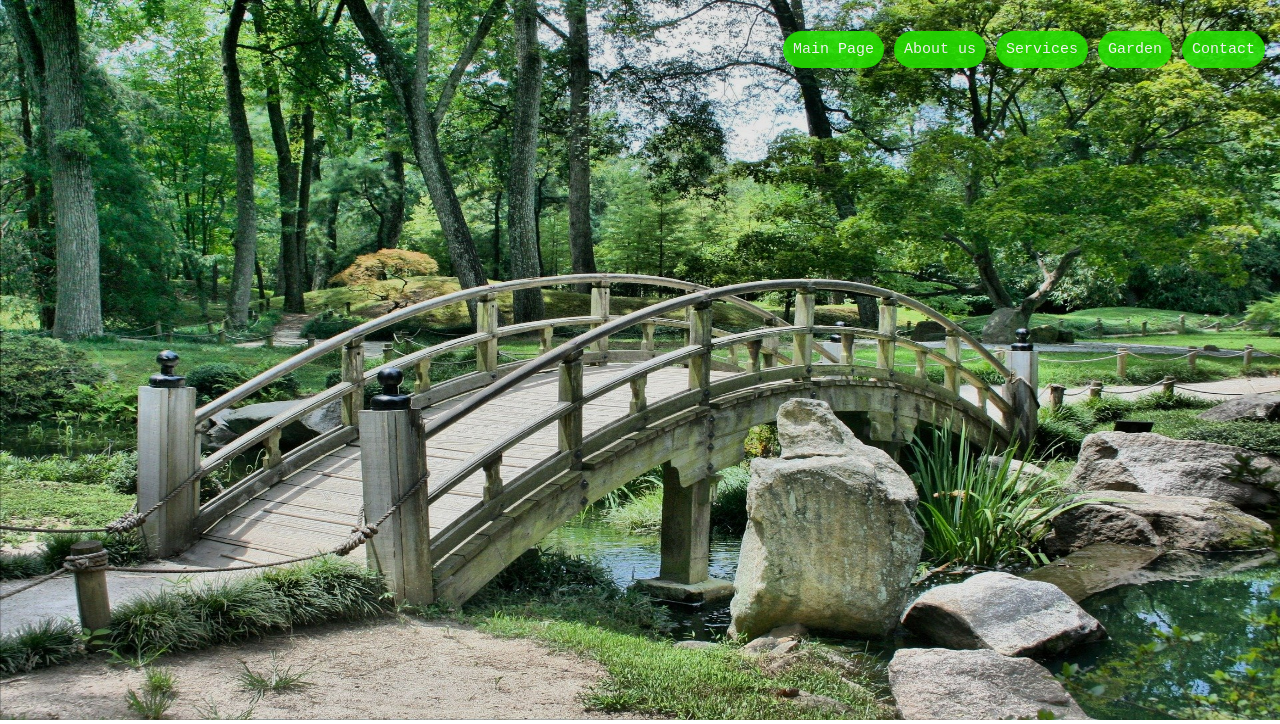
Repository: PatryxB/garden
Page: http://localhost/
These files come from the project's save history. The page is drawn as it stood at one moment and after the next save; the edit follows.
The browser window is 1280 px wide. The pictures show the whole page.
Some web fonts or font styles are not loaded; a fallback is used. The page is served by the project's Laravel application, run on PHP 8.4 with Laravel 8. Other server files are loaded and not shown. Style sheets and scripts are compiled from the project's sources, by tool versions that may differ from the author's.

Above is the page before, as saved 2020-05-01 21:09:32.

### resources/views/welcome.blade.php
<!DOCTYPE html>
<html lang="{{ str_replace('_', '-', app()->getLocale()) }}">
    <head>
        <meta charset="utf-8">
        <meta name="viewport" content="width=device-width, initial-scale=1">

        <title>Garden</title>

        <!-- Fonts -->
        <link href="https://fonts.googleapis.com/css?family=Nunito:200,600" rel="stylesheet">
        <link rel="stylesheet" href="/css/app.css">

    <body>

        <nav>
            <ul>
                <li><a href="">Main Page</a></li>
                <li><a href="">About us</a></li>
                <li><a href="">Services</a></li>
                <li><a href="">Garden</a></li>
                <li><a href="">Contact</a></li>
            </ul>
        </nav>

        <div class="banner">
            <img src="{{url('/img/gardenbanner.jpg')}}" alt="">
        </div>

    </body>
</html>

### resources/sass/app.scss
@import url('https://fonts.googleapis.com/css2?family=Roboto+Mono&display=swap');
html, body{
    box-sizing: border-box;
    margin: 0;
    padding: 0;
    font-family: 'Roboto Mono', monospace;
}
nav{
    width: 100%;
    position: absolute;
    right: 15px;
    top: 15px;
    z-index: 999;
}
nav ul{
    display: flex;
    float: right;
}
nav ul li a{
    text-decoration: none;
    font-size: 15px;
    display: inline-block;
    background-color: rgb(37, 221, 0);
    color: white;
    padding: 10px;
    margin-left: 10px;
    border-radius: 25px;
    opacity: .9;
}
li{
    list-style: none;
}
.banner img{
    width: 100%;
    height: 100vh;
    position: relative;
    filter: brightness(90%);
}

Loaded but not shown: routes/web.php (common file)

After the next save:
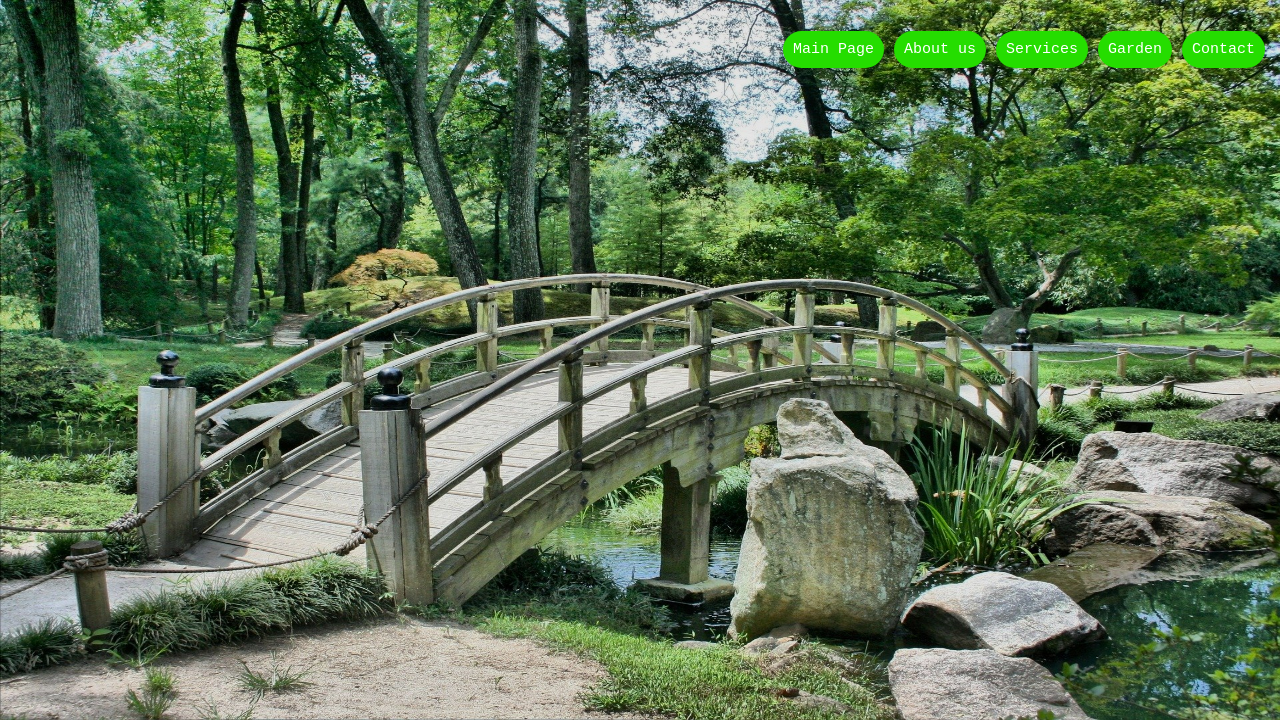
Saved 98 s later.
--- a/resources/sass/app.scss
+++ b/resources/sass/app.scss
@@ -25,7 +25,7 @@ nav ul li a{
     padding: 10px;
     margin-left: 10px;
     border-radius: 25px;
-    opacity: .9;
+    cursor:pointer;
 }
 li{
     list-style: none;
